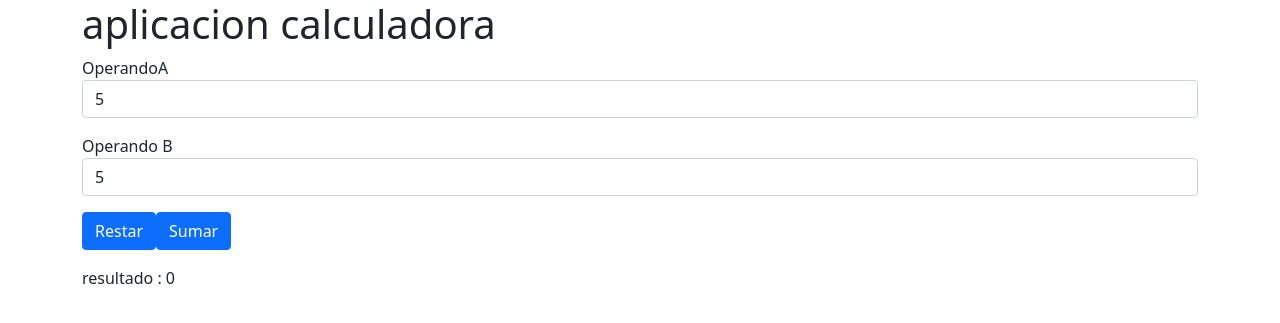
Repository: iwinser117/dw
Page: javascript udemy 43/ejercices/calculadora/index.html
These files come from the project's save history. The page is drawn as it stood at one moment and after the next save; the edit follows.
The browser window is 1280 px wide. The pictures show the whole page.
Empty fields were first filled with sample values (such as "Sample", 5 or name@example.com).
After loading, the first visible `button.btn` was clicked once.

Above is the page before, as saved 2022-10-02 12:06:32.

### javascript udemy 43/ejercices/calculadora/index.html
<!doctype html>
<html>

<head>
    <meta charset="utf-8">
    <meta name="viewport" content="width=device-width, initial-scale=1">
    <link href="https://cdn.jsdelivr.net/npm/bootstrap@5.1.3/dist/css/bootstrap.min.css" rel="stylesheet"
        integrity="sha384-1BmE4kWBq78iYhFldvKuhfTAU6auU8tT94WrHftjDbrCEXSU1oBoqyl2QvZ6jIW3" crossorigin="anonymous">

    <title>aplicacion calculadora</title>
</head>

<body>
    <div class="container">
        <h1 class="display-3s">aplicacion calculadora</h1>

        <form id="forma">
            <div class="mb-3">
                <label for="operandoA">OperandoA</label>
                <input type="number"  class="form-control" id="operandoA" placeholder="escribe operando A">
            </div>
            <div class="mb-3">
                <label for="operandoB">Operando B</label>
                <input type="number" class="form-control" placeholder="escribe operando B" id="operandoB">
            </div>


    </form>

    <div class="btn-fcn" style="display:flex">
        <button class="btn btn-primary mb-3" onclick="restar()">Restar</button>


    <button class="btn btn-primary mb-3" onclick="sumar()">Sumar</button>

    </div>

    <div id="resultadoResta"></div>
    <div id="resultado"></div>

    </div>
    </div>


    <script src="https://cdn.jsdelivr.net/npm/bootstrap@5.1.3/dist/js/bootstrap.bundle.min.js"
        integrity="sha384-ka7Sk0Gln4gmtz2MlQnikT1wXgYsOg+OMhuP+IlRH9sENBO0LRn5q+8nbTov4+1p"
        crossorigin="anonymous"></script>
    <script src="js/app.js"></script>
</body>

</html>

### javascript udemy 43/ejercices/calculadora/js/app.js

function sumar(){
    const forma = document.getElementById(`forma`);
    let operandoA = forma[`operandoA`];
    let operandoB = forma[`operandoB`];
    let resultado = parseInt(operandoA.value) + parseInt(operandoB.value);
    if (isNaN(resultado))
        resultado = `la operacion le faltan numeros`;
    document.getElementById(`resultado de la suma es`).innerHTML = `resultado : ${resultado}`;
    console.log(`resultado de la suma es : ${resultado}`);
}



function restar(){
    const forma = document.getElementById(`forma`);
    let operandoA = forma[`operandoA`];
    let operandoB = forma[`operandoB`];
    let resultadoResta = parseInt(operandoA.value) - parseInt(operandoB.value);
    if (isNaN(resultadoResta))
        resultadoResta = `la operacion le faltan numeros`;
    document.getElementById(`resultadoResta`).innerHTML = `resultado : ${resultadoResta}`;
    console.log(`resultado de la resta es : ${resultadoResta}`);
}

After the next save:
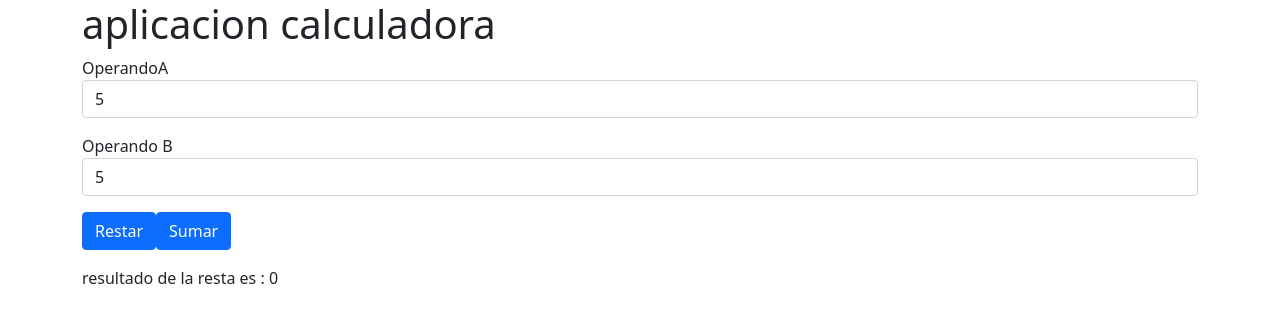
Saved 22 s later.
--- a/javascript udemy 43/ejercices/calculadora/js/app.js
+++ b/javascript udemy 43/ejercices/calculadora/js/app.js
@@ -19,6 +19,6 @@ function restar(){
     let resultadoResta = parseInt(operandoA.value) - parseInt(operandoB.value);
     if (isNaN(resultadoResta))
         resultadoResta = `la operacion le faltan numeros`;
-    document.getElementById(`resultadoResta`).innerHTML = `resultado : ${resultadoResta}`;
+    document.getElementById(`resultadoResta`).innerHTML = `resultado de la resta es : ${resultadoResta}`;
     console.log(`resultado de la resta es : ${resultadoResta}`);
 }
